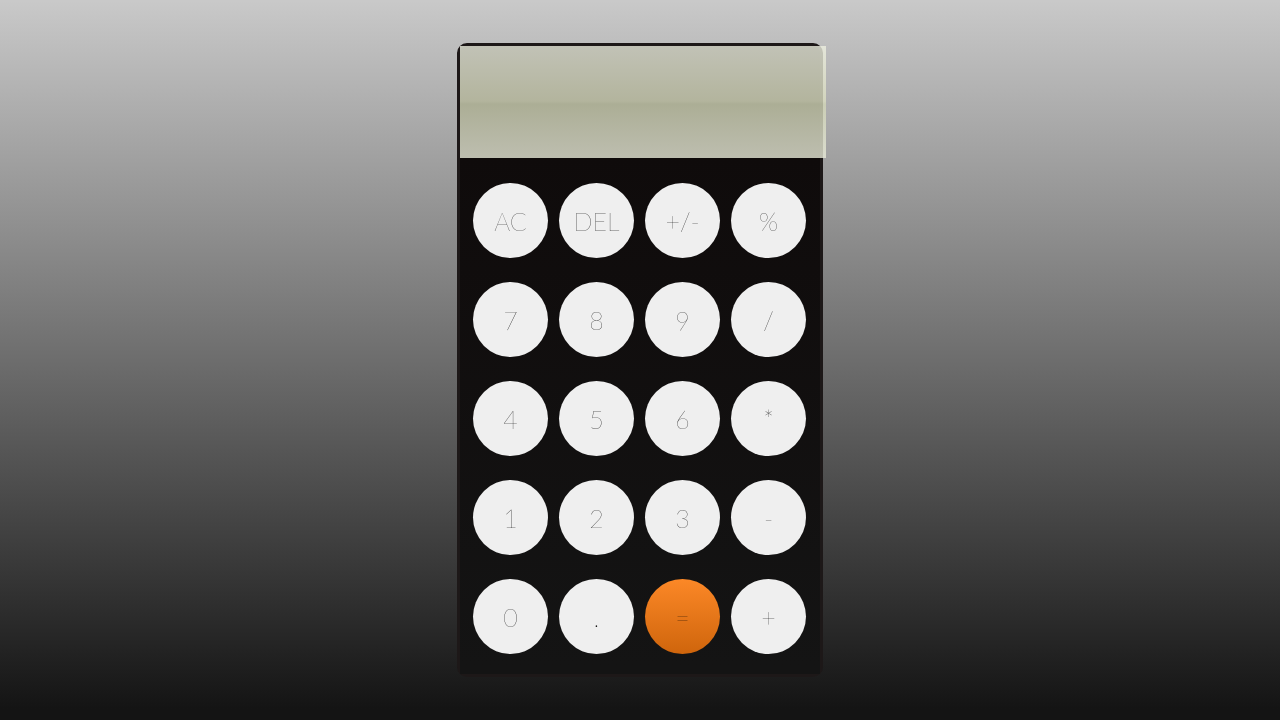
Repository: MhlengiNgubane/BrainnestJsTwo
Page: index.html
The author's editor kept a copy of each file at every save. The page is drawn from the files as they stood at one save, then again after a run of saves.
The browser window is 1280 px wide. The pictures show the whole page.

Above is the page before, as saved 2022-09-12 09:36:27.

After the next 2 saves:
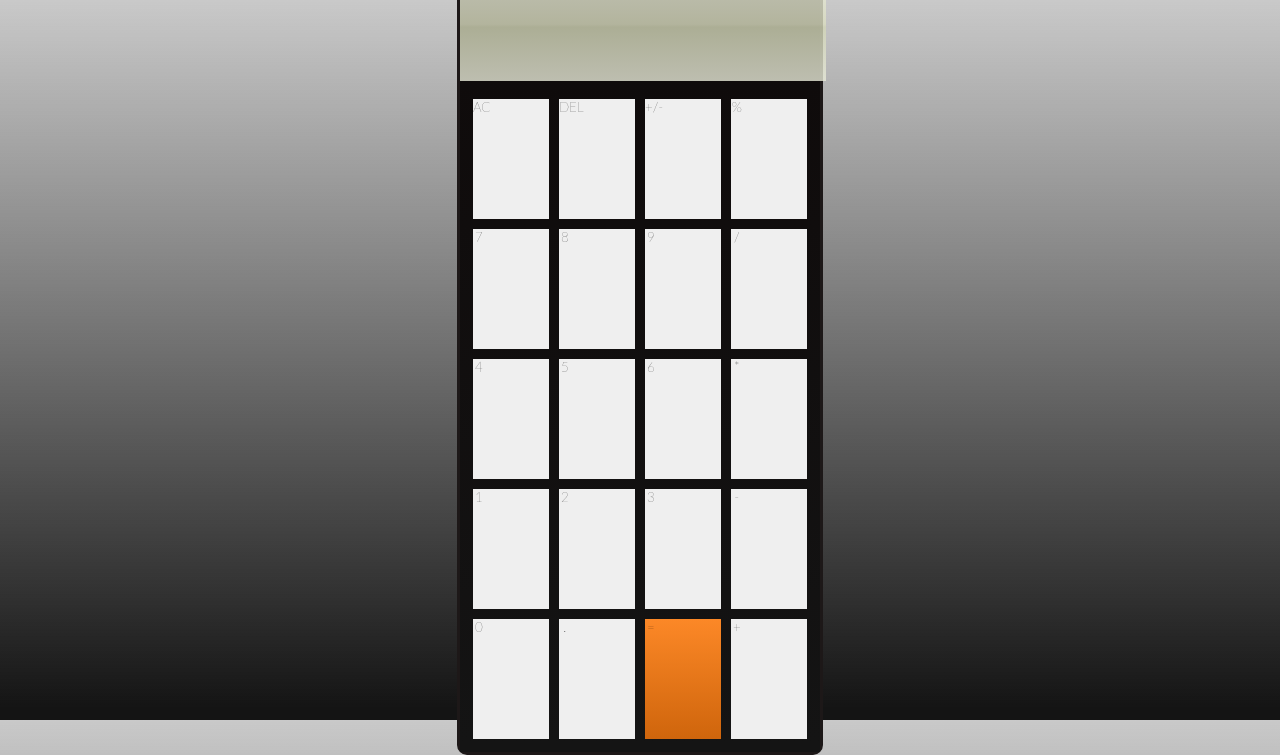
The 2 saves are shown as one change because they came seconds apart.
The last was saved 25 s later.
--- a/style.css
+++ b/style.css
@@ -19,15 +19,10 @@ body{
 }
 
 .wrapper{
-    align-items: center;
-    margin: auto;
-    margin-top: 60px;
-    width: 360px;
-    border: 20px;
-    border: 3px solid #1d1818;
-    background-color: #130e0e;
-    border-radius: 10px;
-    margin-bottom: 60px;
+    width: 420px;
+    height: 620px;
+    background: #090909;
+    border-radius: 60px;
 }
 
 .container{
@@ -69,15 +64,10 @@ body{
 }
 
 button{
-    border: 1;
-    outline: none;
-    height: 75px;
-    width: 75px;
-    border-radius: 70px;
-    text-align: center;
-    margin-top: 7px;
-    margin-bottom: 7px;
-    font-size: 25px;
+    display: grid;
+    grid-gap: 10px;
+    grid-template-columns: repeat(4, 1fr);
+    grid-template-rows: repeat(5, 1fr);
 }
 
 .grey{
